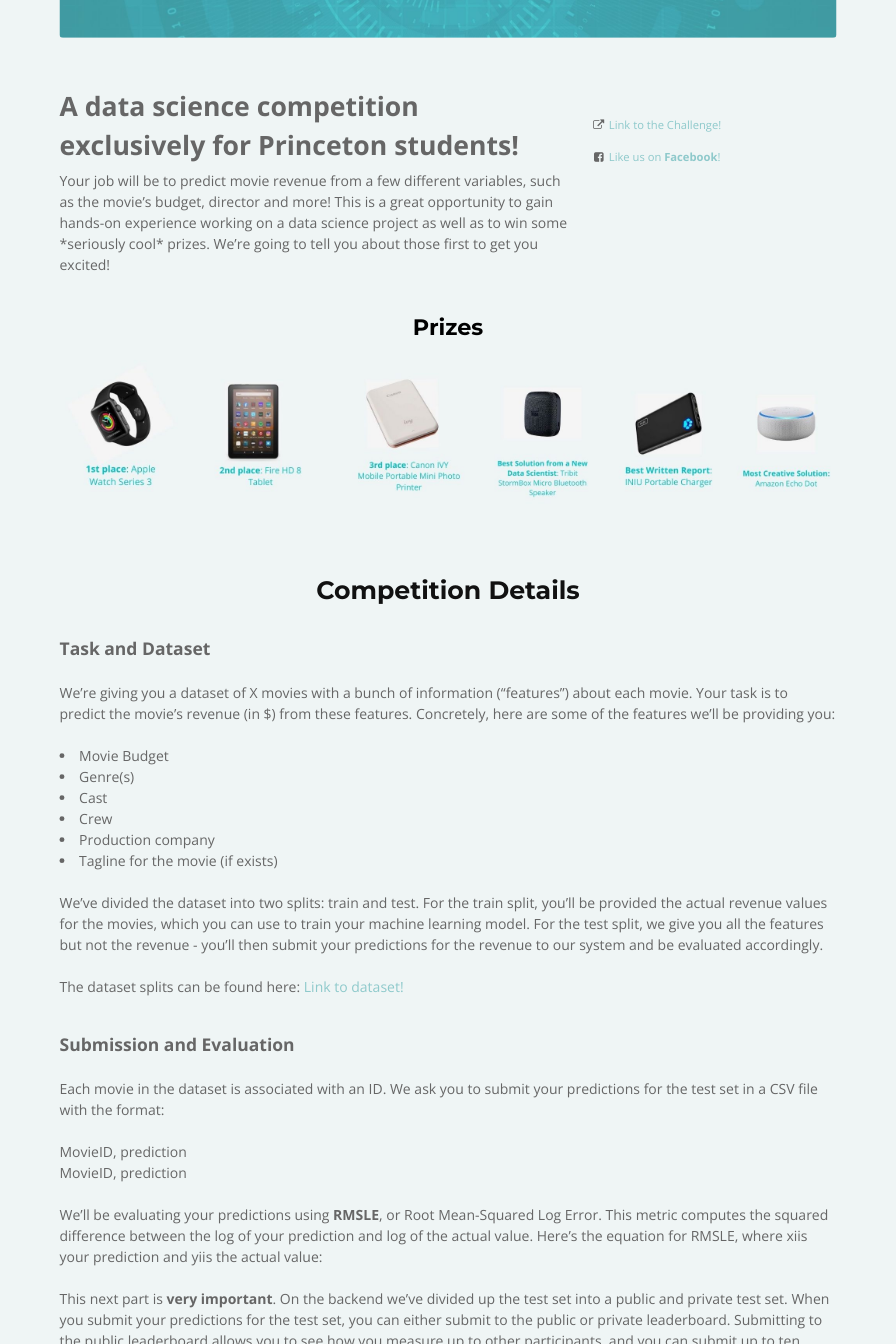
Repository: princetonds/princetonds.github.io
Page: competition.html
The author's editor kept a copy of each file at every save. The page is drawn from the files as they stood at one save, then again after the next save.
The browser window is 1280 px wide. The pictures show the part of the page from y = 370 to 2290 px (the page is 3834 px tall before and 3798 px after), at 70% of full size.

Above is the page before, as saved 2021-03-21 15:58:29.
Console error: TypeError: Cannot read properties of null (reading 'innerHTML')

### competition.html
<!DOCTYPE html>
<html lang="en">
<head>
  <meta charset="utf-8">
  <title>Princeton Data Science (PDS)</title>
  <meta content="width=device-width, initial-scale=1.0" name="viewport">
  <meta content="" name="keywords">
  <meta content="" name="description">

  <!-- Favicons (created with http://realfavicongenerator.net/)-->
  <link rel="apple-touch-icon" sizes="180x180" href="/img/favicons/apple-touch-icon.png">
  <link rel="icon" type="image/png" href="/img/favicons/favicon-32x32.png" sizes="32x32">
  <link rel="icon" type="image/png" href="/img/favicons/favicon-16x16.png" sizes="16x16">
  <link rel="manifest" href="/img/favicons/manifest.json">
  <link rel="mask-icon" href="/img/favicons/safari-pinned-tab.svg" color="#49acad">
  <link rel="shortcut icon" href="/img/favicons/favicon.ico">
  <meta name="msapplication-config" content="/img/favicons/browserconfig.xml">
  <meta name="theme-color" content="#ffffff">

  <!-- Facebook Graph tags -->
  <meta property="og:url" content="https://princetonds.io" />
  <meta property="og:site_name" content="princetonds.io" />
  <meta property="og:title" content="Princeton Data Science (PDS)" />
  <meta name="og:description" content="Princeton Data Science (PDS) was founded in 2014-2015 to promote the practice and study of data science, a growing field that spans many disciplines such as statistics, machine learning, computer science, and business analytics." />
  <meta property="og:image" content="https://princetonds.io/img/500px_square_logo.png" />

  <!-- Google Fonts -->
  <link href="https://fonts.googleapis.com/css?family=Montserrat:300,400,500,700|Open+Sans:300,400,700" rel="stylesheet">

  <!-- Bootstrap CSS File -->
  <link href="lib/bootstrap/css/bootstrap.min.css" rel="stylesheet">

  <!-- Libraries CSS Files -->
  <link href="lib/animate/animate.min.css" rel="stylesheet">
  <link href="lib/font-awesome/css/font-awesome.min.css" rel="stylesheet">
  <link href="lib/magnific-popup/magnific-popup.css" rel="stylesheet">

  <!-- Main Stylesheet File -->
  <link href="css/style.css" rel="stylesheet">
  <link href="css/new.css" rel="stylesheet">
</head>

<body>

  <!--==========================
    Header
  ============================-->
  <header id="header">
    <div class="container">

      <div id="logo" class="pull-left">
        <h1><a href="#teamintro" class="scrollto"><img class="navbar-logo" src="img/inverted-logo.svg"></a></h1>
     </div>

      <nav id="nav-menu-container">
        <ul class="nav-menu">
          <li class="menu-active"><a href="https://princetonds.io">Programs</a></li>
          <li><a href="team.html">Team</a></li>
          <li><a href="media/sponsorship.pdf">Sponsorship</a></li>
          <li><a href="#contact">Contact Us</a></li>
          <li><a href="#competition.html">Competition</a></li>
        </ul>
      </nav><!-- #nav-menu-container -->
    </div>
  </header><!-- #header -->

  <!--==========================
    Intro Section
  ============================-->

  <!--==========================
    Intro Section
  ============================-->
  <section id="teamintro">
    <!-- <div class="team-intro-text">
      <h3>Our Team</h3>
    </div> -->
  </section>


  <!-- #intro -->


  <main id="main">


    <!--==========================
      Our Team Section
    ============================-->
    <section id="team" class="section-bg">
      <div class="container">
          <!-- <h3 class="section-title">Princeton Data Bowl</h3> -->
              <!-- <p style="text-align:center;">Enter team description here...</p> -->
              <div class="member3">
                <div class="pic"><img src="img/competition/logo.jpg" alt=""></div>
              </div>

          <!-- <span class="section-divider"></span> -->
        </div>
      </div>

    <!--==========================
      Contact Section
    ============================-->
      <div class="container">
        <br>
        <br>
        <div class="row wow fadeInUp">
          <div class="col-lg-8 col-md-6">
            <label style="font-size: 38px"><strong>A data science competition exclusively for Princeton students!</strong></label>
            <br>
            <p style="font-size: 20px;">
               Your job will be to predict movie revenue from a few different variables, such as the movie’s budget, director </li>
              and more! This is a great opportunity to gain hands-on experience working on a data science project as well as to win some *seriously cool* prizes. We’re going to tell you about those first to get you excited!</p>
          </div>
          <div class="col-lg-4 col-md-6 links">
            <br>
            <br>
            <p><i class="fa fa-external-link fa-fw"></i>   <a href="https://eval.ai/web/challenges/challenge-page/871/overview">Link to the Challenge!</a>
            </p>
            <p><i class="fa fa-facebook-square fa-fw"></i> <a href="https://www.facebook.com/princetonds" class="facebook">Like us on <strong>Facebook</strong>!</a></p>
          </div>
        </div>
      </div>


    <div class="container">
      <div class="section-header">
        <!-- <h3 class="section-title">Princeton Data Bowl</h3> -->
            <br>
            <h2 style="text-align:center; color:black"><strong>Prizes</strong></h2>
            <div class="member3">
              <div class="pic"><img src="img/competition/prizes.jpg" alt=""></div>
            </div>

        <!-- <span class="section-divider"></span> -->
      </div>
    </div>

<br>
<br>
    <div class="container">
      <div class="section-header">
        <h3 class="section-title" style="font-size: 36px;"><strong>Competition Details</strong></h3>
            <br>
            <p><strong style="font-size: 25px;">Task and Dataset</strong></p>
            <span style="font-size: 20px;">
            <p style="font-size: 20px;">
              We’re giving you a dataset of X movies with a bunch of information (“features”) about each movie. Your task is to predict the movie’s revenue (in $) from these features. Concretely, here are some of the features we’ll be providing you:
            </p>
              <li> Movie Budget </li>
              <li> Genre(s) </li>
              <li> Cast </li>
              <li> Crew </li>
              <li> Production company </li>
              <li> Tagline for the movie (if exists)</li>
              <br>
              We’ve divided the dataset into two splits: train and test. For the train split, you’ll be provided the actual revenue values for the movies, which you can use to train your machine learning model. For the test split, we give you all the features but not the revenue - you’ll then submit your predictions for the revenue to our system and be evaluated accordingly.
              <br>
              <br>
              The dataset splits can be found here: <a href="https://github.com/princetonds/PDS-Movie-Competition">Link to dataset!</a>
            </span>
              <br>
            <br>
        <!-- <span class="section-divider"></span> -->
      </div>
    </div>
    <div class="container">
      <div class="section-header">
            <br>
            <p><strong style="font-size: 25px;">Submission and Evaluation</strong></p>
            <span style="font-size: 20px;">
            <p>
              Each movie in the dataset is associated with an ID. We ask you to submit your predictions for the test set in a CSV file with the format:
            </p>
            MovieID, prediction
            <br>
            MovieID, prediction
              <br>
            <br>
            We’ll be evaluating your predictions using <strong>RMSLE</strong>, or Root Mean-Squared Log Error. This metric computes the squared difference between the log of your prediction and log of the actual value. Here’s the equation for RMSLE, where xiis your prediction and yiis the actual value:
            <br>
            <br>
            This next part is <strong>very important</strong>. On the backend we’ve divided up the test set into a public and private test set. When you submit your predictions for the test set, you can either submit to the public or private leaderboard. Submitting to the public leaderboard allows you to see how you measure up to other participants, and you can submit up to ten times per day. However, your final score will be evaluated on the private leaderboard, for which you only have three submissions total. Do not forget to submit to the private leaderboard, but also use your submissions sparingly! The reason we do this is so that participants can’t “overfit” to the public leaderboard by constantly tweaking parameters of their model and resubmitting.
            <br>
            <br>
            More details can be found on the EvalAI Competition site (see link above).
            <br>
          </span>
            <!-- <span class="section-divider"></span> -->
      </div>
    </div>
    <br>
    <div class="container">
      <div class="section-header">
            <br>
            <p><strong style="font-size: 25px;">Team:</strong></p>
            <div class="row wow fadeInUp">
              <div class="col-lg-3 col-md-3">
                <h2 style="text-align:center; color:black"></h2>
                <!-- <p style="text-align:center;">Enter team description here...</p> -->
                <div class="member2">
                  <div class="pic"><img src="img/team/joyce.jpg" alt=""></div>
                  <h4>Joyce Luo</h4>
                  <!-- <div class="social">
                    <p class="profile-description">.</p>
                  </div> -->
                </div>

                <div class="member2">
                  <div class="pic"><img src="img/team/ellie.jpg" alt=""></div>
                  <h4>Ellie Bae</h4>
                  <!-- <div class="social">
                    <p class="profile-description">.</p>
                  </div> -->
                </div>


              </div>
              <div class="col-lg-3 col-md-3">
                <h2 style="text-align:center; color: Black"></h2>
                <!-- <p style="text-align:center;">Enter team description here...</p> -->
                <div class="member2">
                  <div class="pic"><img src="img/team/kevin.jpg" alt=""></div>
                  <h4>Kevin Huang</h4>
                  <!-- <div class="social">
                    <p class="profile-description">.</p>
                  </div> -->
                </div>

                <div class="member2">
                  <div class="pic"><img src="img/team/nab.jpg" alt=""></div>
                  <h4>Nabhonil Kar</h4>
                  <!-- <div class="social">
                    <p class="profile-description">.</p>
                  </div> -->
                </div>




              </div>
              <div class="col-lg-3 col-md-3">
                <h2 style="text-align:center; color: Black"></h2>
                <!-- <p style="text-align:center;">Enter team description here...</p> -->
                <div class="member2">
                  <div class="pic"><img src="img/team/sahil.jpg" alt=""></div>
                  <h4>Sahil Jain</h4>
                  <!-- <div class="social">
                    <p class="profile-description">.</p>
                  </div> -->
                </div>

                <div class="member2">
                  <div class="pic"><img src="img/team/neil.jpg" alt=""></div>
                  <h4>Neil Hazra</h4>
                  <!-- <div class="social">
                    <p class="profile-description">.</p>
                  </div> -->
                </div>


              </div>
              <div class="col-lg-3 col-md-3">
                <h2 style="text-align:center; color: Black"></h2>
                <!-- <p style="text-align:center;">Enter team description here...</p> -->
                <div class="member2">
                  <div class="pic"><img src="img/team/sahila.jpg" alt=""></div>
                  <h4>Sahil Ambardekar</h4>
                  <!-- <div class="social">
                    <p class="profile-description">.</p>
                  </div> -->
                </div>

                <div class="member2">
                  <div class="pic"><img src="img/team/arjun.jpg" alt=""></div>
                  <h4>Arjun Mani</h4>
                  <!-- <div class="social">
                    <p class="profile-description">.</p>
                  </div> -->
                </div>


              </div>


      </div>
    </div>


<br>
<br>


    <section id="sponsors">
      <div class="container">
        <h3 class="text-center sponsor-title">
          Our generous sponsor:
        </h3>
          <div class="text-center">
            <img src="img/sponsors/csml.jpg" alt="">
          </div>
        </div>
      </div>
    </section><!-- #more-features -->



    </section><!-- #team -->

    <!--==========================
      Contact Section
    ============================-->
    <section id="contact">
      <div class="container">
        <div class="row wow fadeInUp">
          <div class="contact-about">
            <div class="col-lg-12 col-md-12">
              <h3>Contact Us</h3>
            </div>
          </div>
        </div>

        <div class="row wow fadeInUp">
          <div class="col-lg-8 col-md-6">
            <p>Please do note that Princeton Data Science is a student organization and not a university department. Consequently, we do not sponsor PhD or Masters students.</p>
          </div>
          <div class="col-lg-4 col-md-6 links">
            <p><i class="fa fa-envelope fa-fw"></i> hello [at] princetonds.io</p>
            <p><i class="fa fa-facebook-square fa-fw"></i> <a href="https://www.facebook.com/princetonds" class="facebook">Like us on <strong>Facebook</strong>!</a></p>
          </div>
        </div>
      </div>
    </section><!-- #contact -->

  </main>

  <!--==========================
    Footer
  ============================-->
  <footer id="footer">
    <div class="container">
      <div class="row">
        <div class="col-lg-6 text-lg-left text-center">
          <div class="copyright">
            &copy; Copyright <strong>Princeton Data Science</strong>. Made by <a href="https://jisungkim.com">Ji-Sung Kim</a>.
          </div>
          <div class="credits">
          </div>
        </div>
        <div class="col-lg-6">
          <nav class="footer-links text-lg-right text-center pt-2 pt-lg-0">
            <a href="#programs" class="scrollto">Programs</a>
            <a href="#team" class="scrollto">Team</a>
            <a href="media/sponsorship.pdf">Sponsorship</a>
          </nav>
        </div>
      </div>
    </div>
  </footer><!-- #footer -->

  <a href="#" class="back-to-top"><i class="fa fa-chevron-up"></i></a>

  <!-- JavaScript Libraries -->
  <script src="lib/jquery/jquery.min.js"></script>
  <script src="lib/jquery/jquery-migrate.min.js"></script>
  <script src="lib/bootstrap/js/bootstrap.bundle.min.js"></script>
  <script src="lib/easing/easing.min.js"></script>
  <script src="lib/wow/wow.min.js"></script>
  <script src="lib/superfish/hoverIntent.js"></script>
  <script src="lib/superfish/superfish.min.js"></script>
  <script src="lib/magnific-popup/magnific-popup.min.js"></script>

  <!-- Template Main Javascript File -->
  <script src="js/main.js"></script>
  <script src="js/typewriter.js"></script>

</body>
</html>

### css/new.css
.program {
    padding: 40px;
}

.program h3 {
    color: black;
    font-weight: 700;
    font-family: "Open Sans";
}

.section {
    padding-top: 100px;
}


#programs {
    padding: 60px 0;
}

#clients {
    padding: 60px 0;
}

.sponsor-title {
    padding-bottom: 15px;
}

.profile-description {
    font-size: 14px;
}

.arjun {
    font-size: 15px !important;
    line-height: 22px;
}

.links p {
    line-height: 12px;
}

.presidents {
    color: #999999;
    font-size: 16px;
}

Loaded but not shown: lib/bootstrap/css/bootstrap.min.css (library); lib/animate/animate.min.css (library); lib/font-awesome/css/font-awesome.min.css (library); lib/magnific-popup/magnific-popup.css (library); lib/jquery/jquery.min.js (library); lib/jquery/jquery-migrate.min.js (library); lib/bootstrap/js/bootstrap.bundle.min.js (library); lib/easing/easing.min.js (common file); lib/wow/wow.min.js (library); lib/superfish/hoverIntent.js (library); lib/superfish/superfish.min.js (library); lib/magnific-popup/magnific-popup.min.js (library); js/main.js (125 lines, source omitted); js/typewriter.js (28 lines, source omitted); css/style.css (1350 lines, source omitted)

After the next save:
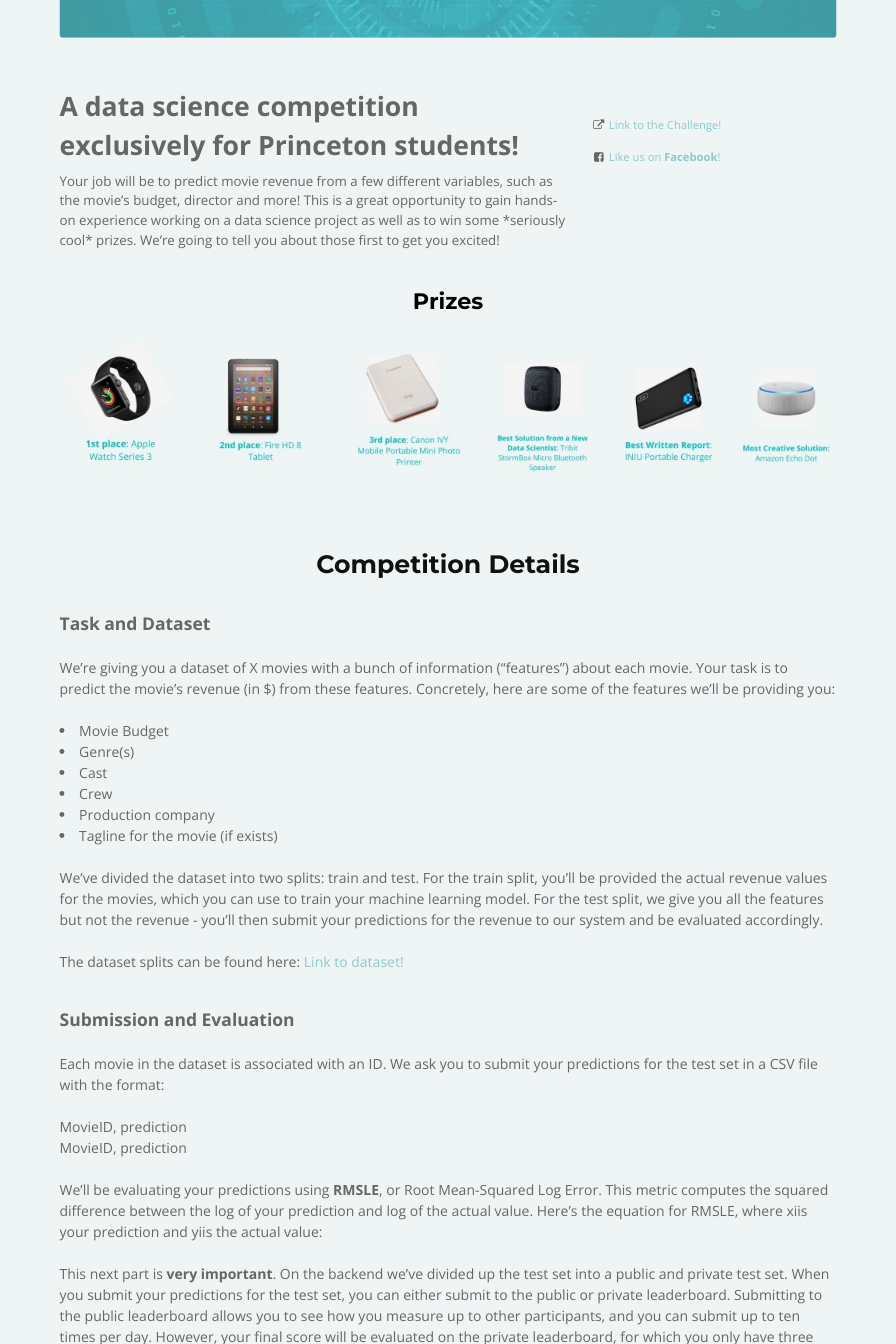
Saved 14 s later.
--- a/competition.html
+++ b/competition.html
@@ -109,7 +109,7 @@
           <div class="col-lg-8 col-md-6">
             <label style="font-size: 38px"><strong>A data science competition exclusively for Princeton students!</strong></label>
             <br>
-            <p style="font-size: 20px;">
+            <p style="font-size: 19px;">
                Your job will be to predict movie revenue from a few different variables, such as the movie’s budget, director </li>
               and more! This is a great opportunity to gain hands-on experience working on a data science project as well as to win some *seriously cool* prizes. We’re going to tell you about those first to get you excited!</p>
           </div>
